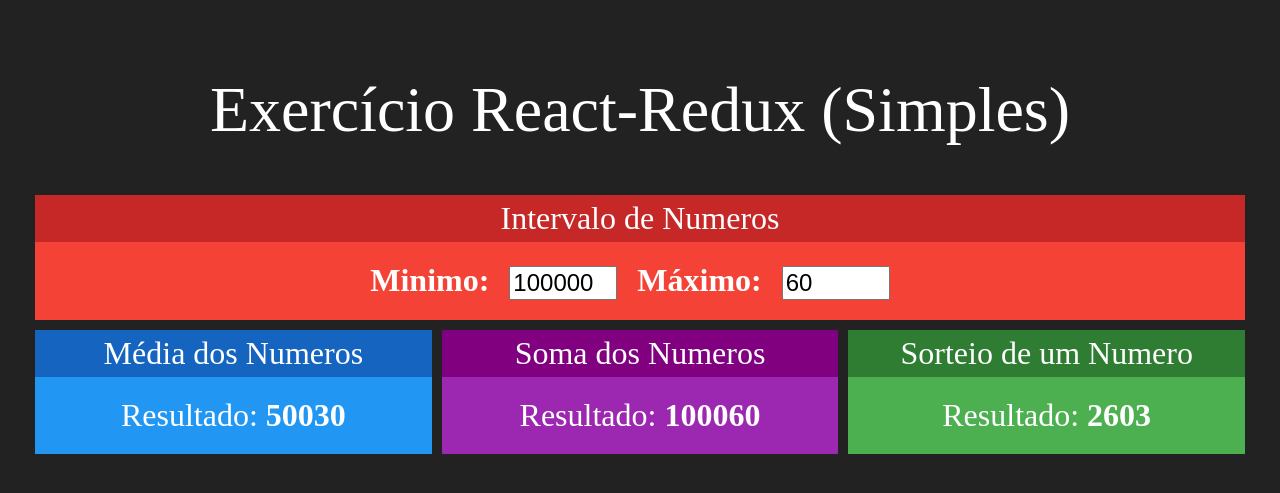
Repository: eversonps/redux-simples
Page: /
These files come from the project's save history. The page is drawn as it stood at one moment and after the next save; the edit follows.
The browser window is 1280 px wide. The pictures show the whole page.
The project was rebuilt for these pictures with package versions that can differ from the ones it lists, and the page was loaded fresh each time.

Above is the page before, as saved 2022-03-11 14:52:14.

### src/index.js
import React from 'react';
import ReactDOM from 'react-dom';
import './index.css';
import App from './App';
import reportWebVitals from './reportWebVitals';

import {Provider} from "react-redux"
import storeConfig from "./store/storeConfig"

const store = storeConfig()

ReactDOM.render(
  <Provider store={store}>
    <React.StrictMode>
      <App />
    </React.StrictMode>
  </Provider>,
  document.getElementById('root')
);

// If you want to start measuring performance in your app, pass a function
// to log results (for example: reportWebVitals(console.log))
// or send to an analytics endpoint. Learn more: https://bit.ly/CRA-vitals
reportWebVitals();

### src/index.css
body{
  background-color: #222;
  font-size: 2rem;
  color: #fff;
  margin: 30px;
}

### src/App.js
import './App.css';
import React from 'react';

import Intervalo from './components/Intervalo';
import Soma from './components/Soma';
import Sorteio from './components/Sorteio';
import Media from './components/Media';


function App() {
  return (
    <div className="App">
      <h1>Exercício React-Redux (Simples)</h1>
      <div className='linha'>
        <Intervalo>X</Intervalo>
      </div>
      <div className='linha'>
        <Media></Media>
        <Soma></Soma>
        <Sorteio></Sorteio>
      </div>
    </div>
  );
}

export default App;

### src/store/storeConfig.js
import {createStore, combineReducers} from "redux"

const reducers = combineReducers({
    numeros: function(state, action){
        console.log("Reducers numeros")
        switch(action.type){
            case "NUM_MIN_ALTERADO":
                return{
                    ...state,
                    min: action.payload
                }
            default:
                return {
                    min: 7,
                    max:60
                }
        }
    },

    nomes: function(state, action){
        console.log("Reducers nome")
        return [
            "Ana",
            "Bia",
            "Carlos"
        ]
    }
})

function storeConfig(){
    return createStore(reducers)
}

export default storeConfig

### src/App.css
.App{
  display: flex;
  flex-direction: column;
  text-align: center;
}

h1{
  font-weight: 200;
}

.linha{
  display: flex;
}

### src/components/Intervalo.jsx
import "./Intervalo.css"
import React from "react"
import Card from "./Card"
import { connect } from "react-redux"
import { alterarNumeroMinimo } from "../store/actions/numeros"

const Intervalo = props => {
    const {min, max} = props
    props.alterarMinimo(100000)

    return (
        <Card title="Intervalo de Numeros" red>
            <div className="Intervalo">
                <span>
                    <strong>Minimo:</strong>
                    <input type="number" value={min} readOnly/>
                </span>

                <span>
                    <strong>Máximo:</strong>
                    <input type="number" value={max} readOnly/>
                </span>
            </div>
        </Card>
    )
}

function mapStateToProps(state){
    return {
        min: state.numeros.min,
        max: state.numeros.max
    }
}

function mapActionCreatorsToProps(dispatch){
    return {
       alterarMinimo(novoNumero){
           const action = alterarNumeroMinimo(novoNumero)
           dispatch(action)
       }
    }
}

export default connect(mapStateToProps, mapActionCreatorsToProps)(Intervalo)

### src/components/Soma.jsx
import React from "react"
import Card from "./Card"

import { connect } from "react-redux"

const Soma = props => {
    const {min, max} = props
    return (
        <Card title="Soma dos Numeros" purple>
            <div>
                <span>
                    <span>Resultado: </span>
                    <strong>{min + max}</strong>
                </span>
            </div>
        </Card>
    )
}

function mapStateToProps(state){
    return {
        min: state.numeros.min,
        max: state.numeros.max
    }
}

export default connect(mapStateToProps)(Soma)

### src/components/Sorteio.jsx
import React from "react"
import Card from "./Card"
import { connect } from "react-redux"

const Sorteio = props => {
    const {min, max} = props
    const aleatorio = parseInt(Math.random() * (max - min)) + min

    return (
        <Card title="Sorteio de um Numero" green>
            <div>
                <span>
                    <span>Resultado: </span>
                    <strong>{aleatorio}</strong>
                </span>
            </div>
        </Card>
    )
}

function mapStateToProps(state){
    return {
        min: state.numeros.min,
        max: state.numeros.max
    }
}

export default connect(mapStateToProps)(Sorteio)

### src/components/Media.jsx
import React from "react"
import Card from "./Card"
import {connect} from "react-redux"

const Media = props => {
    const {min, max} = props

    return (
        <Card title="Média dos Numeros" blue>
            <div>
                <span>
                    <span>Resultado: </span>
                    <strong>{(min + max) / 2}</strong>
                </span>
            </div>
        </Card>
    )
}

function mapStateToProps(state){
    return {
        min: state.numeros.min,
        max: state.numeros.max
    }
}

export default connect(mapStateToProps)(Media)

### src/components/Intervalo.css
.Intervalo input {
    font-size: 1.5rem;
    margin: 0 20px;
    width: 100px;
}

### src/components/Card.jsx
import "./Card.css"
import React from "react"

function getColor(props){
    if(props.red) return "Red"
    if(props.green) return "Green"
    if(props.blue) return "Blue"
    if(props.purple) return "Purple"
    return ""
}

export default props => (
    <div className={`Card ${getColor(props)}`}>
        <div className="Header">
            <span className="Title">{props.title}</span>
        </div>
        <div className="Content">
            {props.children}
        </div>
    </div>
)

### src/store/actions/numeros.js
export function alterarNumeroMinimo(novoNumero){
    return {
        type: "NUM_MIN_ALTERADO",
        payload: novoNumero
    }
}

export function alterarNumeroMaximo(novoNumero){
    return {
        type: "NUM_MAX_ALTERADO",
        payload: novoNumero
    }
}

### src/components/Card.css
.Card{
    flex: 1;
    display: flex;
    flex-direction: column;
    margin: 5px;
}

.Card .Header{
    display: flex;
    justify-content: center;
}

.Card .Header .Title{
    flex: 1;
    padding: 5px;
}

.Card .Content{
    padding: 20px;
}

.Card.Red .Header{ color: #FFF; background-color: #c62828;}
.Card.Red .Content{background-color: #f44336;}

.Card.Green .Header{ color: #FFF; background-color: #2e7d32;}
.Card.Green .Content{background-color: #4caf50;}

.Card.Blue .Header{ color: #FFF; background-color: #1565c0;}
.Card.Blue .Content{background-color: #2196f3;}

.Card.Purple .Header{ color: #FFF; background-color: purple;}
.Card.Purple .Content{background-color: #9c27b0;}

Loaded but not shown: public/index.html (common file); src/reportWebVitals.js (common file)

After the next save:
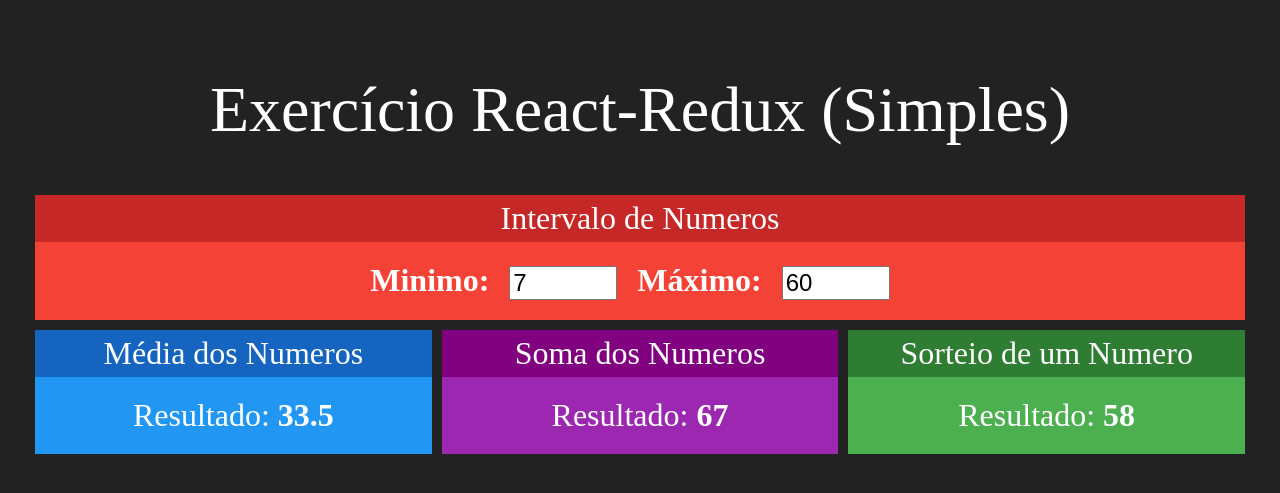
Saved 15 s later.
--- a/src/components/Intervalo.jsx
+++ b/src/components/Intervalo.jsx
@@ -6,14 +6,13 @@ import { alterarNumeroMinimo } from "../store/actions/numeros"
 
 const Intervalo = props => {
     const {min, max} = props
-    props.alterarMinimo(100000)
 
     return (
         <Card title="Intervalo de Numeros" red>
             <div className="Intervalo">
                 <span>
                     <strong>Minimo:</strong>
-                    <input type="number" value={min} readOnly/>
+                    <input type="number" value={min} readOnly onChange={e => props.alterarMinimo(+e.target.value)}/>
                 </span>
 
                 <span>
